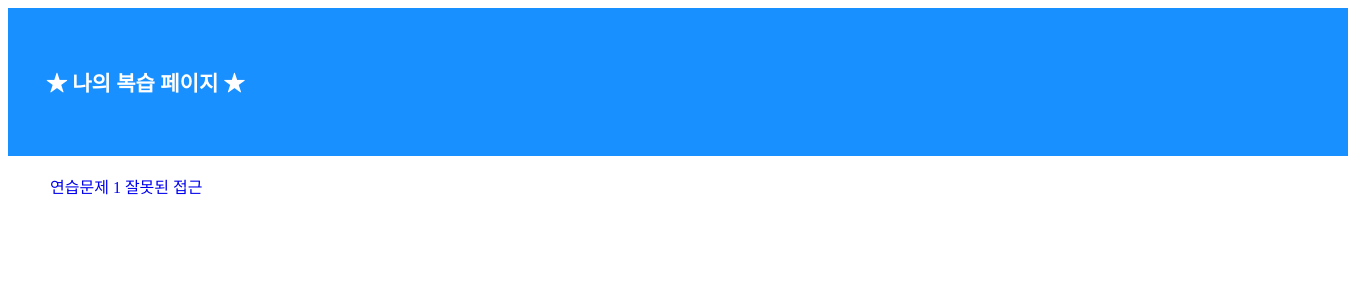
Repository: hailey-516/servlet
Page: 99_Practice/src/main/webapp/index.html
These files come from the project's save history. The page is drawn as it stood at one moment and after the next save; the edit follows.
The browser window is 1280 px wide. The page is 1348 px wide, so the pictures cover 1348 px, including what lies to the right of the window. The pictures show the whole page.

Above is the page before, as saved 2024-08-26 06:33:57.

### 99_Practice/src/main/webapp/index.html
<!DOCTYPE html>
<html>
<head>
<meta charset="UTF-8">
<title>연습용 페이지</title>

<style>
	header { width: 100%; padding: 3%; background-color: #1990ff; color: #fff; font-size: large; }

	nav ul { list-style-type: none; }
	nav ul li { float: left; padding:2px; }
	nav ul li:hover { background-color: #1990ff; color:#fff; border: 1px solid #fff; }
	nav ul li a { text-decoration: none; cursor: pointer; }
</style>
</head>
<body>

	<header>
		<h3>★ 나의 복습 페이지 ★</h3>
	</header>
	<nav>
		<ul>
			<!-- practice1_random.html 파일로 이동하기 -->
			<a href="views/practice1_random.html"><li>연습문제 1</li></a>

			<li><a href="wrongConnection">잘못된 접근</a></li>

		</ul>
	</nav>
</body>
</html>

After the next save:
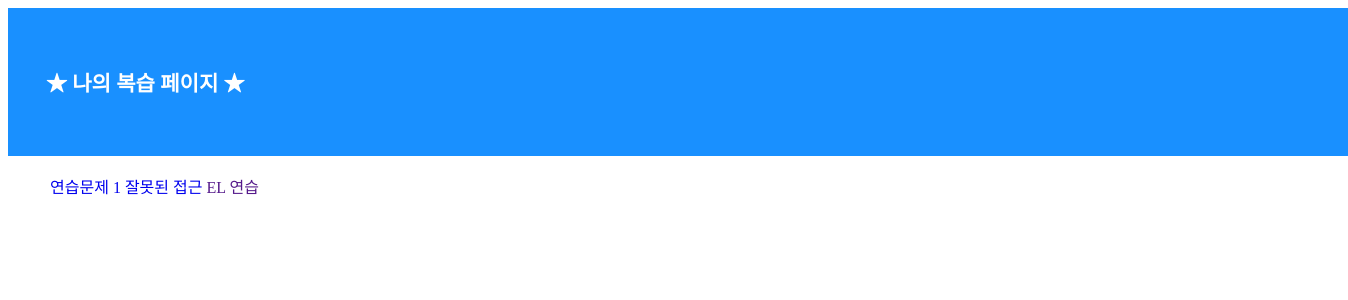
Saved 17 h 32 min later.
--- a/99_Practice/src/main/webapp/index.html
+++ b/99_Practice/src/main/webapp/index.html
@@ -25,6 +25,8 @@
 
 			<li><a href="wrongConnection">잘못된 접근</a></li>
 
+			<!-- TODO: PracticeElServlet 서블릿으로 요청 -->
+			<li><a href="">EL 연습</a></li>
 		</ul>
 	</nav>
 </body>
